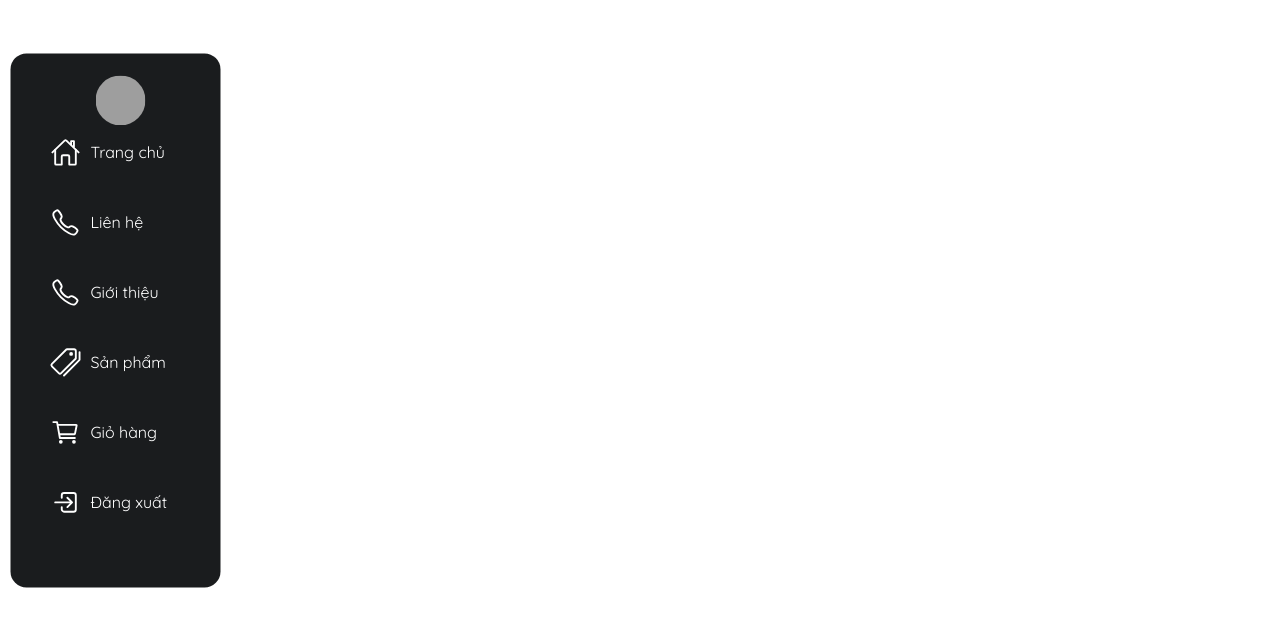
Repository: Fuocmanh/demo
Page: site/nav.html
An editor plug-in stored every save of this project. The page is shown before and after the next save, followed by the edit.
The browser window is 1280 px wide. The pictures show the whole page.
Pictures or frames that could not be fetched are drawn as grey boxes.

Above is the page before, as saved 2022-12-30 12:31:41.

### site/nav.html
<!DOCTYPE html>
<html lang="en">

<head>
    <meta charset="UTF-8">
    <meta name="viewport" content="width=device-width, initial-scale=1" />
    <link rel="stylesheet" href="../css/style.css">
    <script type="module" src="https://unpkg.com/ionicons@5.5.2/dist/ionicons/ionicons.esm.js"></script>
    <script nomodule src="https://unpkg.com/ionicons@5.5.2/dist/ionicons/ionicons.js"></script>
</head>

<body class="box">
    <div class="sidebar">
        <a href="#" class="logo">
            <img src="https://i.pinimg.com/550x/dd/6d/22/dd6d2277032c5f365dd3149d45b3a820.jpg" alt="" class="logo-image" />
        </a>
        <nav>
            <ul class="menu">
                <li class="menu-item">
                    <a href="#" class="menu-link">
                        <ion-icon name="home-outline"></ion-icon>
                        <span>Trang chủ</span>
                    </a>
                </li>
                <li class="menu-item">
                    <a href="#" class="menu-link">
                        <ion-icon name="call-outline"></ion-icon>
                        <span>Liên hệ</span>
                    </a>
                </li>
                <li class="menu-item">
                    <a href="#" class="menu-link">
                        <ion-icon name="call-outline"></ion-icon>
                        <span>Giới thiệu</span>

                    </a>
                </li>
                <li class="menu-item">
                    <a href="#" class="menu-link">
                        <ion-icon name="pricetags-outline"></ion-icon>
                        <span>Sản phẩm</span>
                    </a>
                </li>
                <li class="menu-item">
                    <a href="#" class="menu-link">
                        <ion-icon name="cart-outline"></ion-icon>
                        <span>Giỏ hàng</span>
                    </a>
                </li>
                <li class="menu-item">
                    <a href="#" class="menu-link">
                        <ion-icon name="log-in-outline"></ion-icon>
                        <span>Đăng xuất</span>
                    </a>
                </li>
            </ul>
        </nav>

        <!-- <div class="">
            <a href="#!"><ion-icon name="log-in-outline"></ion-icon></a>
        </div> -->
    </div>
    <script src="../js/style.js"></script>
</body>

</html>

### css/style.css
@import url('https://fonts.googleapis.com/css2?family=Quicksand:wght@300;400;500;600;700&display=swap');

html {
    font-family: 'Quicksand', sans-serif;
}

* {
    /* font-size: 18px; */
    width: 100%;
    margin: 0px;
    padding: 0px;
    box-sizing: border-box;
}


.sidebar {
    background-color: #1A1C1E;
    width: max-content;
    height: 100%;
    padding: 30px 5px;
    border-radius: 16px;
    transform: translate(5%,10%);
}

ion-icon {
    font-size: 30px;
    color: #FFFFFF;
}

.logo{
    width: 100%;
    height: 50px;

}
.logo-image{
    transform: translateY(-8px);
    margin: 0 40%;
    width: 50px;
    height: 50px;
    border-radius: 50%;
}
.menu {
    width: 200px;

}


li {
    display: flex;
    align-items: center;
    justify-content: center;
  margin-bottom: 40px;
}

.menu-link {
    display: flex;
    color: #FFFFFF;
    list-style: none;
    text-decoration: none;
}

.menu-link span {
    transform: translate(-25px, 5px);
}

### js/style.js
var nav = document.getElementById('nav');
function hideShowNav(){
    display=nav.style.display ;
    display=='none'?nav.style.display ='block':nav.style.display ='none';
    // nav.style.opacity='1';
}
// function onchane(){
//     let width = document.getElementsByClassName('.box').style.width='50%';
// console.log(width);
// }

After the next save:
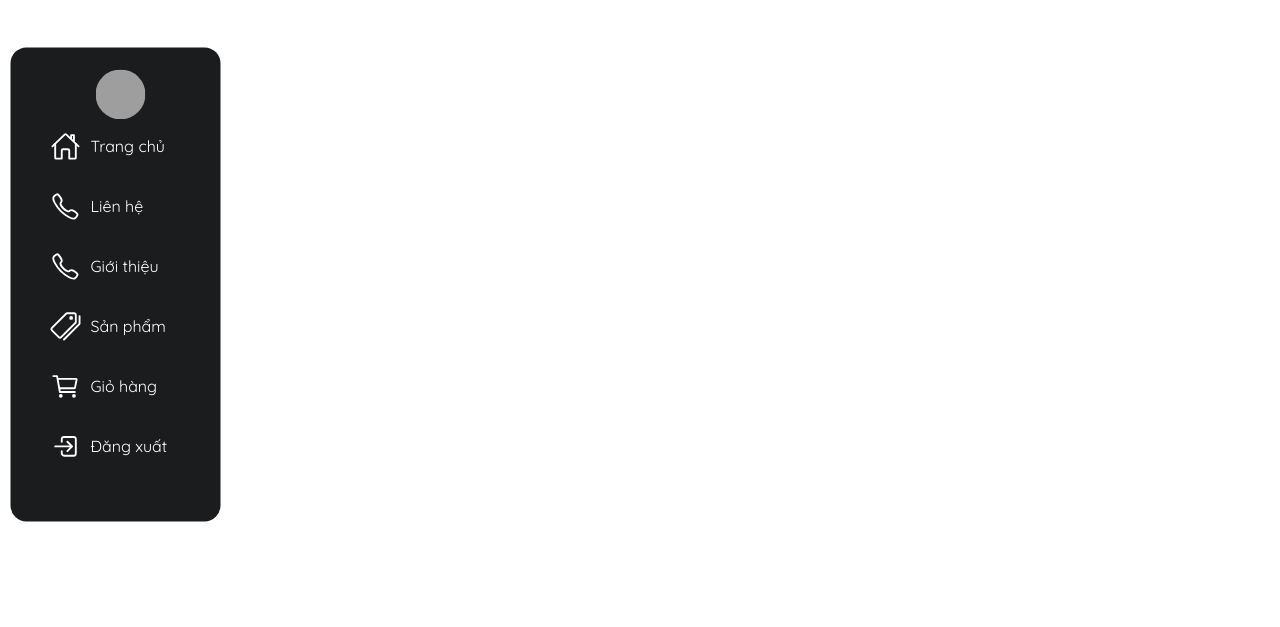
Saved 9 s later.
--- a/css/style.css
+++ b/css/style.css
@@ -49,7 +49,7 @@
     display: flex;
     align-items: center;
     justify-content: center;
-  margin-bottom: 40px;
+  margin-bottom: 30px;
 }
 
 .menu-link {

After the 2 saves that followed:
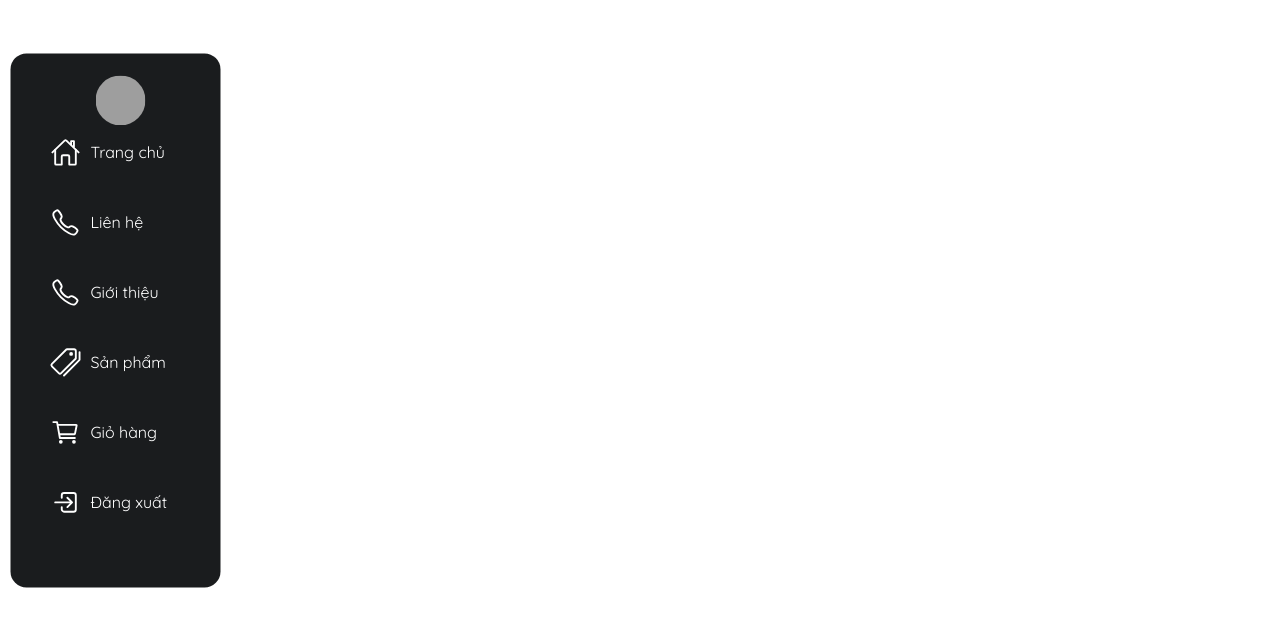
The 2 saves are shown as one change because they came seconds apart.
The last was saved 6 s later.
--- a/css/style.css
+++ b/css/style.css
@@ -49,7 +49,7 @@
     display: flex;
     align-items: center;
     justify-content: center;
-  margin-bottom: 30px;
+  margin-bottom: 40px;
 }
 
 .menu-link {
